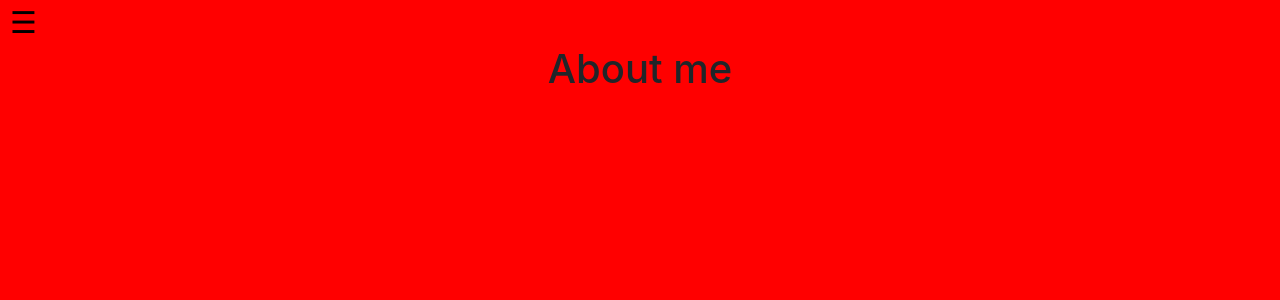
Repository: mamadont/MamadouFitnessWebsite
Page: pages-html/about-me.html
These files come from the project's save history. The page is drawn as it stood at one moment and after the next save; the edit follows.
The browser window is 1280 px wide. The pictures show the whole page.
Some web libraries are served in a nearby version.

Above is the page before, as saved 2020-07-08 22:55:53.

### pages-html/about-me.html
<!DOCTYPE html>
<html>

<head>
    <title>Mamadou Fitness</title>
    <link rel="stylesheet" href='../pages-css/about-me.css'>
    <meta name="viewport" content="width=device-width, initial-scale=1.0">

    <!-- Bootstrap -->
    <link rel="stylesheet" href="https://stackpath.bootstrapcdn.com/bootstrap/4.5.0/css/bootstrap.min.css" integrity="sha384-9aIt2nRpC12Uk9gS9baDl411NQApFmC26EwAOH8WgZl5MYYxFfc+NcPb1dKGj7Sk" crossorigin="anonymous">
    <!-- Animate.CSS-->
    <link rel="stylesheet" href="https://cdnjs.cloudflare.com/ajax/libs/animate.css/4.0.0/animate.min.css" />
    <!-- Font Awesome -->
    <script src="https://kit.fontawesome.com/0a51dc7bb6.js" crossorigin="anonymous"></script>
</head>

<body>
    <!-- Parent container-->
    <div id="main" class="bg animate__animated animate__slideInLeft">
        <!-- Hamburger Icon-->
        <span class="menu-icon" onclick="openNav()">&#9776; </span>

        <!-- About me content-->
        <div class="container">
            <h1 id="header"> About me</h1>
        </div>
    </div>

    <!-- Side menu-->
    <div id="myNav" class="overlay">
        <a href="javascript:void(0)" class="closebtn" onclick="closeNav()">&times;</a>
        <div class="overlay-content">
            <!-- Menu Options -->
            <a href="../index.html">Home</a>
            <a href="./pages-html/about-me.html">About me</a>
            <a href="./social-media.html">Social Media</a>
            <a href="#">Workout Programs</a>
            <a href="#">Shop</a>
            <a href="./contact-me.html">Apply for Coaching</a>
        </div>
    </div>

    <!-- Javascript for this page-->
    <script src="../scripts/script.js"></script>
    <!-- Necessary script tags for Bootstrap-->
    <script src="https://code.jquery.com/jquery-3.5.1.slim.min.js" integrity="sha384-DfXdz2htPH0lsSSs5nCTpuj/zy4C+OGpamoFVy38MVBnE+IbbVYUew+OrCXaRkfj" crossorigin="anonymous"></script>
    <script src="https://cdn.jsdelivr.net/npm/popper.js@1.16.0/dist/umd/popper.min.js" integrity="sha384-Q6E9RHvbIyZFJoft+2mJbHaEWldlvI9IOYy5n3zV9zzTtmI3UksdQRVvoxMfooAo" crossorigin="anonymous"></script>
    <script src="https://stackpath.bootstrapcdn.com/bootstrap/4.5.0/js/bootstrap.min.js" integrity="sha384-OgVRvuATP1z7JjHLkuOU7Xw704+h835Lr+6QL9UvYjZE3Ipu6Tp75j7Bh/kR0JKI" crossorigin="anonymous"></script>
</body>

</html>

### pages-css/about-me.css
/* Background Image */

body,
html {
    height: 100%;
    overflow-y: hidden;
    overflow-x: hidden;
}

.bg {
    /* The image used */
    background-color: #FF0000;
    /* Full height */
    height: 100%;
    /* Center and scale the image nicely */
    background-position: center;
    background-repeat: no-repeat;
    background-size: cover;
    z-index: -1;
}


/* Hamburger (Menu) icon */

.menu-icon {
    font-size: 30px;
    cursor: pointer;
    padding-left: 10px;
    color: black;
    height: 300px;
    width: 300px;
}


/* About me header */

#about-me-header {
    text-align: center;
}


/* Menu overlay */

.overlay {
    height: 100%;
    width: 0;
    position: fixed;
    z-index: 1;
    top: 0;
    left: 0;
    background-color: black;
    overflow-x: hidden;
    transition: 0.5s;
}

.overlay-content {
    position: relative;
    top: 25%;
    width: 100%;
    text-align: center;
    margin-top: 30px;
}

.overlay a {
    padding: 8px;
    text-decoration: none;
    font-size: 36px;
    color: #818181;
    display: block;
    transition: 0.3s;
}

.overlay a:hover,
.overlay a:focus {
    color: red;
    text-decoration: none;
}

.overlay .closebtn {
    position: absolute;
    top: 20px;
    right: 45px;
    font-size: 60px;
}

@media screen and (max-height: 450px) {
    .overlay a {
        font-size: 20px
    }
    .overlay .closebtn {
        font-size: 40px;
        top: 15px;
        right: 35px;
    }
}


/* About me content */

#header {
    text-align: center;
}

### scripts/script.js
function openNav() {
    // Changes width based on the width of the viewport (30% for larger screens, 100% for smaller screens)
    if (window.innerWidth < 1280) {
        document.getElementById("myNav").style.width = "100%";
    } else {
        document.getElementById("myNav").style.width = "30%";
    }

    document.getElementById("main").style.opacity = 0.5;



}

function closeNav() {
    document.getElementById("myNav").style.width = "0%";
    document.getElementById("main").style.opacity = 1.0
}

After the next save:
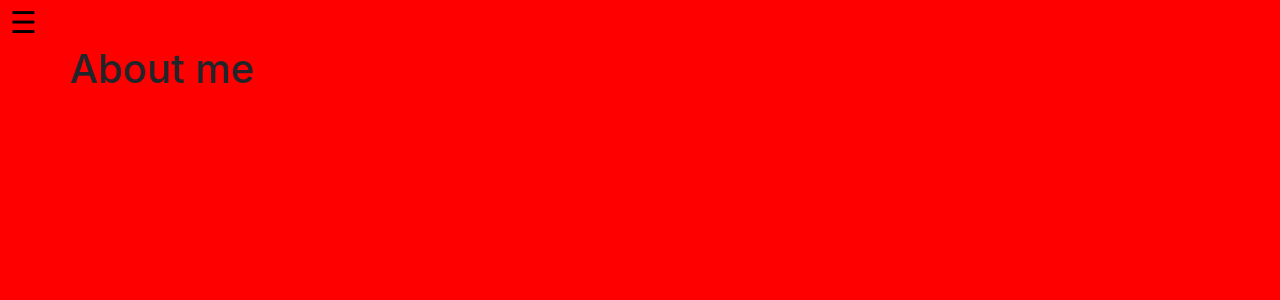
Saved 26 s later.
--- a/pages-html/about-me.html
+++ b/pages-html/about-me.html
@@ -22,7 +22,10 @@
 
         <!-- About me content-->
         <div class="container">
-            <h1 id="header"> About me</h1>
+            <div class="row">
+                <h1 id="header"> About me</h1>
+            </div>
+
         </div>
     </div>
 

After the save that followed:
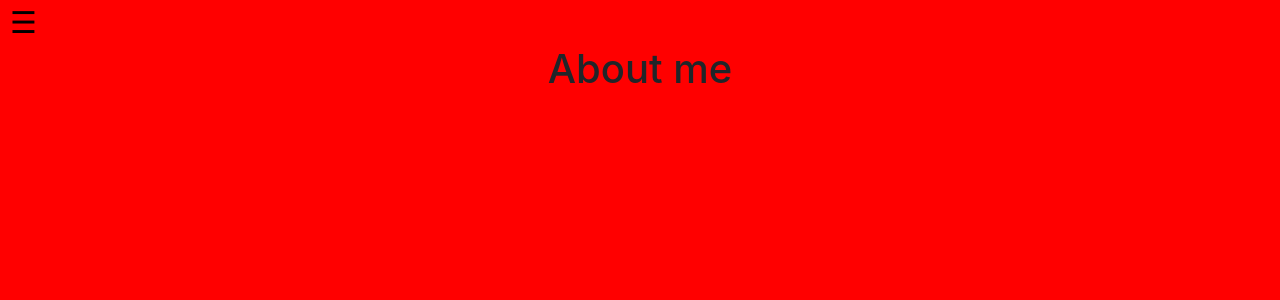
Saved 58 s later.
--- a/pages-html/about-me.html
+++ b/pages-html/about-me.html
@@ -22,7 +22,7 @@
 
         <!-- About me content-->
         <div class="container">
-            <div class="row">
+            <div class="row justify-content-center">
                 <h1 id="header"> About me</h1>
             </div>
 
